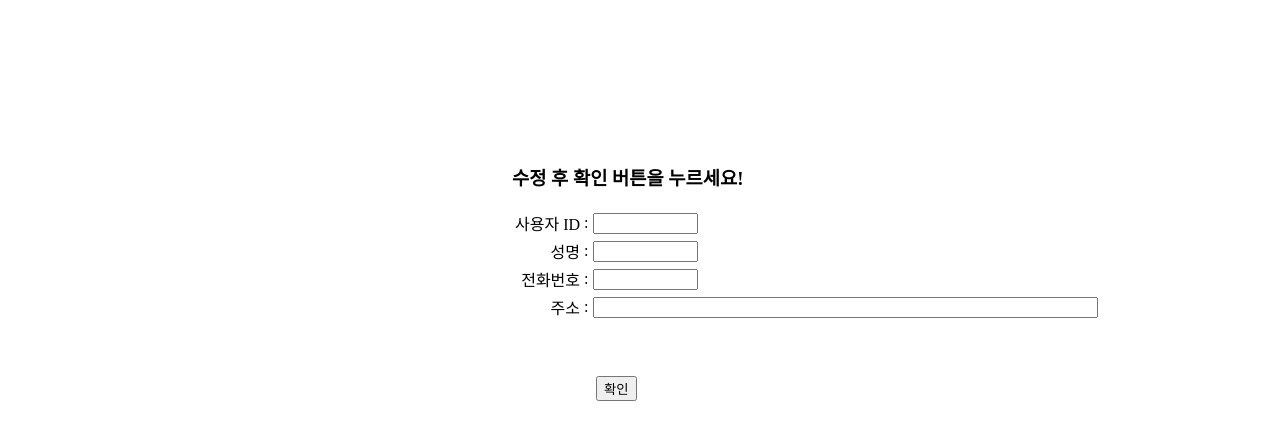
Repository: HyeogDo/Study_Java
Page: http://localhost/Quiz_06/purchaserDelete_03.jsp
These files come from the project's save history. The page is drawn as it stood at one moment and after the next save; the edit follows.
The browser window is 1280 px wide. The pictures show the whole page.
The page is served by Tomcat 9.

Above is the page before, as saved 2022-03-22 07:54:01.

After the next save:
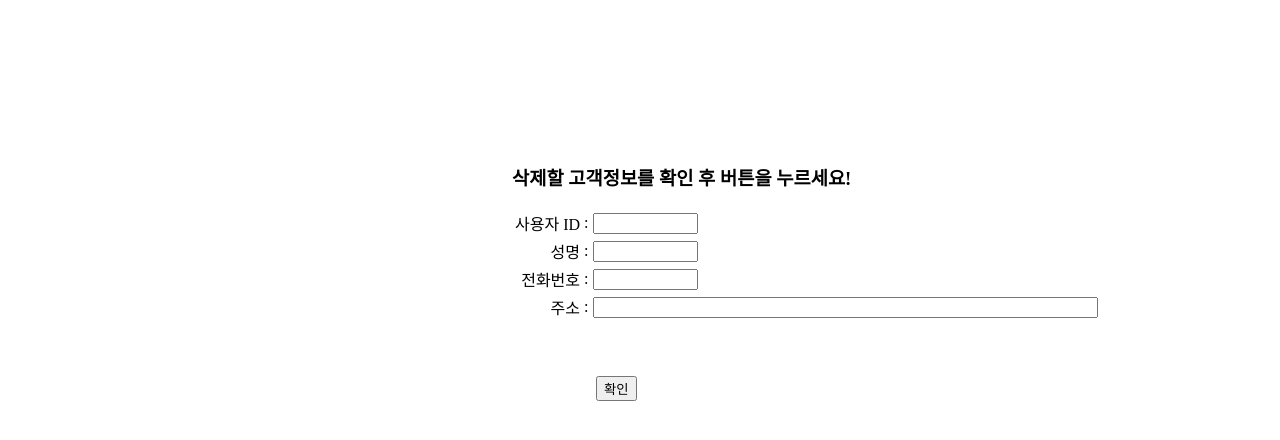
Saved 9 s later.
--- a/Servlets/Quiz_06/src/main/webapp/purchaserDelete_03.jsp
+++ b/Servlets/Quiz_06/src/main/webapp/purchaserDelete_03.jsp
@@ -1,16 +1,20 @@
 <%@ page language="java" contentType="text/html; charset=UTF-8"
     pageEncoding="UTF-8"%>
+    <%
+
+    %>
+
 <!DOCTYPE html>
 <html>
 	<head>
 		<meta charset="UTF-8">
 		<title>Insert title here</title>
 	</head>
+
 	<body>
 	<div style="position: absolute; left: 40%; top: 20%;">
-		<h3><b>수정 후 확인 버튼을 누르세요!</b></h3>
-
-		<form action="purchaserUpdate_04.jsp" method="post">
+		<h3><b>삭제할 고객정보를 확인 후 버튼을 누르세요!</b></h3>
+		<form action="purchaserDelete_04.jsp" method="post" name="formSend">
 			<table>
 				<tr>
 					<td align="right">사용자 ID</td>
